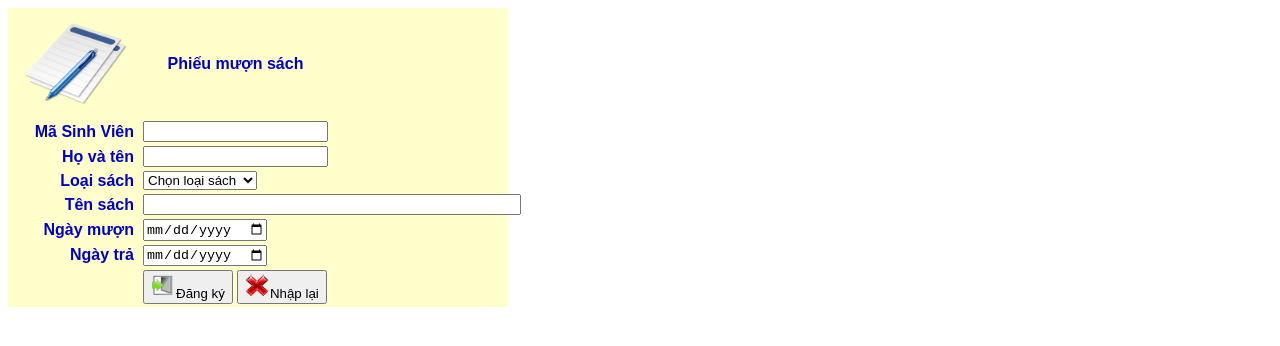
Repository: AnhDuc0125/HTML-Aptech
Page: bt2092-b2/index.html
An editor plug-in stored every save of this project. The page is shown before and after the next save, followed by the edit.
The browser window is 1280 px wide. The pictures show the whole page.

Above is the page before, as saved 2021-12-03 20:48:02.

### bt2092-b2/index.html
<!DOCTYPE html>
<html lang="en">
<head>
    <meta charset="UTF-8">
    <meta http-equiv="X-UA-Compatible" content="IE=edge">
    <meta name="viewport" content="width=device-width, initial-scale=1.0">
    <title>Document</title>
    <link rel="stylesheet" href="style.css">
</head>
<body>
        <div class="container">
            <div class="wrapper">
                <table>
                    <thead>
                        <tr>
                            <th><img class="img_title" src="./photos/regis.png" alt=""></th>
                            <th id="title">Phiếu mượn sách</th>
                        </tr>
                    </thead>
                    <tbody>
                        <tr>
                            <td><label for="msv">Mã Sinh Viên</label></td>
                            <td><input type="number"></td>
                        </tr>
                        <tr>
                            <td><label for="hoten">Họ và tên</label></td>
                            <td><input type="text"></td>
                        </tr>
                        <tr>
                            <td><label for="sach">Loại sách</label></td>
                            <td><select name="sach" id="book_id">
                                <option value="">Chọn loại sách</option>
                                <option value="1">Trinh thám</option>
                                <option value="2">Công nghệ</option>
                                <option value="3">Sách giáo khoa</option>
                            </select></td>
                        </tr>
                        <tr>
                            <td><label for="tensach">Tên sách</label></td>
                            <td><input id="book_name" type="text"></td>
                        </tr>
                        <tr>
                            <td><label for="date">Ngày mượn</label></td>
                            <td><input type="date"></td>
                        </tr>
                        <tr>
                            <td><label for="date1">Ngày trả</label></td>
                            <td><input type="date"></td>
                        </tr>
                        <tr>
                            <td></td>
                            <td>
                                <button type="submit"><img src="./photos/log_in.png" alt="log_in">Đăng ký</button>
                                <button type="reset"><img src="./photos/cancel.png" alt="cancel">Nhập lại</button>
                            </td>
                        </tr>
                    </tbody>
                </table>
            </div>
        </div>
</body>
</html>

### bt2092-b2/style.css
.container {
    background-color: #FFFFCC;
    display: inline-block;
    width: 500px;
}

#title {
    color: #0000CC;
    font-family: Arial;
}

.img_title {
    width: 80%;
}

#book_name {
    width: 200%;
}

label {
    float: right;
    margin-right:5px;
    font-weight: bold;
    color: #0000CC;
    font-family: Arial;
}

tr {
    margin: 15px;
}

After the next save:
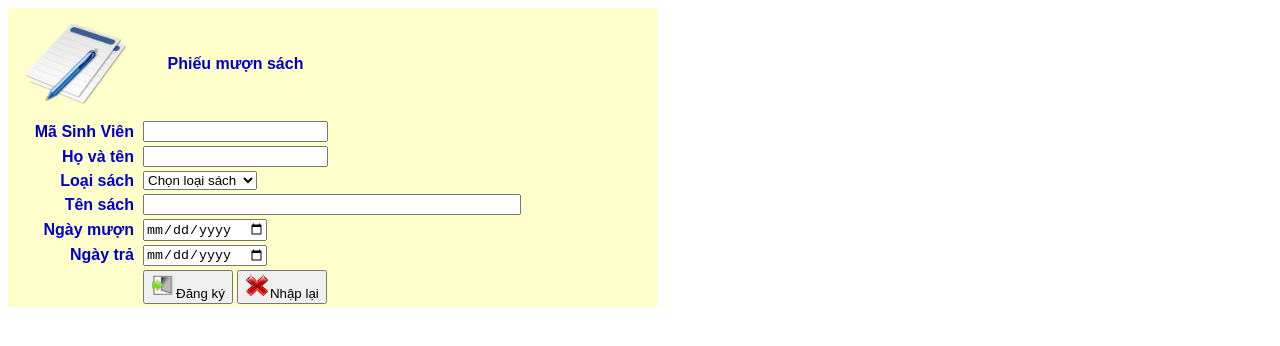
Saved 5 s later.
--- a/bt2092-b2/style.css
+++ b/bt2092-b2/style.css
@@ -1,7 +1,7 @@
 .container {
     background-color: #FFFFCC;
     display: inline-block;
-    width: 500px;
+    width: 650px;
 }
 
 #title {
